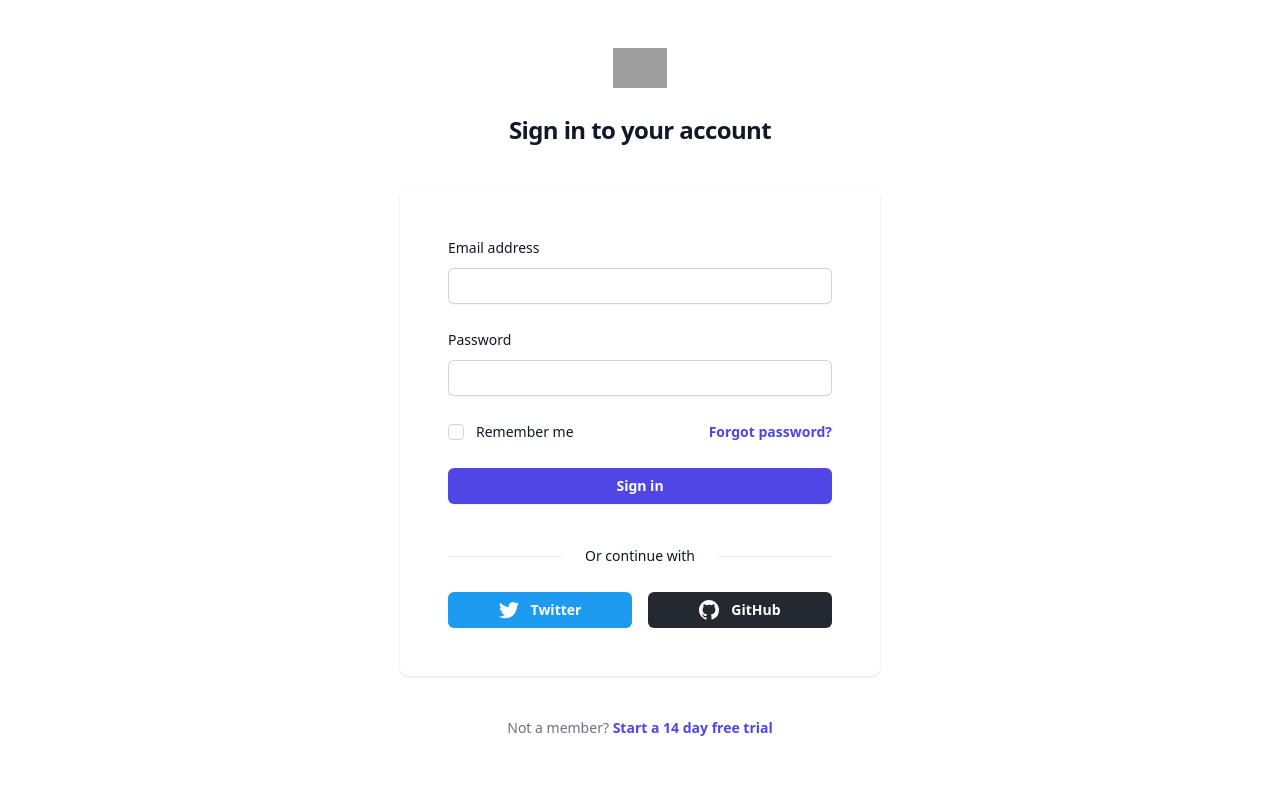
Repository: rasithupamal/vue-todo-app
Page: /auth
An editor plug-in stored every save of this project. The page is shown before and after the next save, followed by the edit.
The browser window is 1280 px wide. The pictures show the whole page.
Pictures or frames that could not be fetched are drawn as grey boxes. The project was rebuilt for these pictures with package versions that can differ from the ones it lists, and the page was loaded fresh each time. Also part of the build but not shown: vite.config.js, src/components/WelcomeItem.vue, src/components/icons/IconDocumentation.vue, src/components/icons/IconTooling.vue, src/components/icons/IconEcosystem.vue, src/components/icons/IconCommunity.vue, src/components/icons/IconSupport.vue, src/components/TheWelcome.vue and 3 more.

Above is the page before, as saved 2023-12-09 11:21:32.

### index.html
<!DOCTYPE html>
<html lang="en">
  <head>
    <meta charset="UTF-8">
    <link rel="icon" href="/favicon.ico">
    <meta name="viewport" content="width=device-width, initial-scale=1.0">
    <title>Vite App</title>
  </head>
  <body class="h-full">
    <div id="app"></div>
    <script type="module" src="/src/main.js"></script>
  </body>
</html>

### src/router/index.js
import { createRouter, createWebHistory } from 'vue-router'
import HomeView from '../views/HomeView.vue'
import GuestLayout from "@/views/layouts/GuestLayout.vue";
import LoginPage from "@/views/pages/auth/LoginPage.vue";
import RegisterPage from "@/views/pages/auth/RegisterPage.vue";

const router = createRouter({
  history: createWebHistory(import.meta.env.BASE_URL),
  routes: [
    {
      path: '/',
      name: 'home',
      component: HomeView
    },
    {
      path: '/auth',
      component: GuestLayout,
      children: [
        {
          path: 'login',
          name: 'auth.login',
          component: LoginPage
        },
        {
          path: 'register',
          name: 'auth.register',
          component: RegisterPage
        },
      ]
    }
  ]
})

export default router

### src/views/layouts/GuestLayout.vue
<script setup>
</script>
<template>
    <div>
        <div class="flex min-h-full flex-1 flex-col justify-center py-12 sm:px-6 lg:px-8">
    <div class="sm:mx-auto sm:w-full sm:max-w-md">
      <img class="mx-auto h-10 w-auto" src="https://tailwindui.com/img/logos/mark.svg?color=indigo&shade=600" alt="Your Company" />
      <h2 class="mt-6 text-center text-2xl font-bold leading-9 tracking-tight text-gray-900">Sign in to your account</h2>
    </div>

    <div class="mt-10 sm:mx-auto sm:w-full sm:max-w-[480px]">
      <div class="bg-white px-6 py-12 shadow sm:rounded-lg sm:px-12">
        <form class="space-y-6" action="#" method="POST">
          <div>
            <label for="email" class="block text-sm font-medium leading-6 text-gray-900">Email address</label>
            <div class="mt-2">
              <input id="email" name="email" type="email" autocomplete="email" required="" class="block w-full rounded-md border-0 py-1.5 text-gray-900 shadow-sm ring-1 ring-inset ring-gray-300 placeholder:text-gray-400 focus:ring-2 focus:ring-inset focus:ring-indigo-600 sm:text-sm sm:leading-6" />
            </div>
          </div>

          <div>
            <label for="password" class="block text-sm font-medium leading-6 text-gray-900">Password</label>
            <div class="mt-2">
              <input id="password" name="password" type="password" autocomplete="current-password" required="" class="block w-full rounded-md border-0 py-1.5 text-gray-900 shadow-sm ring-1 ring-inset ring-gray-300 placeholder:text-gray-400 focus:ring-2 focus:ring-inset focus:ring-indigo-600 sm:text-sm sm:leading-6" />
            </div>
          </div>

          <div class="flex items-center justify-between">
            <div class="flex items-center">
              <input id="remember-me" name="remember-me" type="checkbox" class="h-4 w-4 rounded border-gray-300 text-indigo-600 focus:ring-indigo-600" />
              <label for="remember-me" class="ml-3 block text-sm leading-6 text-gray-900">Remember me</label>
            </div>

            <div class="text-sm leading-6">
              <a href="#" class="font-semibold text-indigo-600 hover:text-indigo-500">Forgot password?</a>
            </div>
          </div>

          <div>
            <button type="submit" class="flex w-full justify-center rounded-md bg-indigo-600 px-3 py-1.5 text-sm font-semibold leading-6 text-white shadow-sm hover:bg-indigo-500 focus-visible:outline focus-visible:outline-2 focus-visible:outline-offset-2 focus-visible:outline-indigo-600">Sign in</button>
          </div>
        </form>

        <div>
          <div class="relative mt-10">
            <div class="absolute inset-0 flex items-center" aria-hidden="true">
              <div class="w-full border-t border-gray-200" />
            </div>
            <div class="relative flex justify-center text-sm font-medium leading-6">
              <span class="bg-white px-6 text-gray-900">Or continue with</span>
            </div>
          </div>

          <div class="mt-6 grid grid-cols-2 gap-4">
            <a href="#" class="flex w-full items-center justify-center gap-3 rounded-md bg-[#1D9BF0] px-3 py-1.5 text-white focus-visible:outline focus-visible:outline-2 focus-visible:outline-offset-2 focus-visible:outline-[#1D9BF0]">
              <svg class="h-5 w-5" aria-hidden="true" fill="currentColor" viewBox="0 0 20 20">
                <path d="M6.29 18.251c7.547 0 11.675-6.253 11.675-11.675 0-.178 0-.355-.012-.53A8.348 8.348 0 0020 3.92a8.19 8.19 0 01-2.357.646 4.118 4.118 0 001.804-2.27 8.224 8.224 0 01-2.605.996 4.107 4.107 0 00-6.993 3.743 11.65 11.65 0 01-8.457-4.287 4.106 4.106 0 001.27 5.477A4.073 4.073 0 01.8 7.713v.052a4.105 4.105 0 003.292 4.022 4.095 4.095 0 01-1.853.07 4.108 4.108 0 003.834 2.85A8.233 8.233 0 010 16.407a11.616 11.616 0 006.29 1.84" />
              </svg>
              <span class="text-sm font-semibold leading-6">Twitter</span>
            </a>

            <a href="#" class="flex w-full items-center justify-center gap-3 rounded-md bg-[#24292F] px-3 py-1.5 text-white focus-visible:outline focus-visible:outline-2 focus-visible:outline-offset-2 focus-visible:outline-[#24292F]">
              <svg class="h-5 w-5" aria-hidden="true" fill="currentColor" viewBox="0 0 20 20">
                <path fill-rule="evenodd" d="M10 0C4.477 0 0 4.484 0 10.017c0 4.425 2.865 8.18 6.839 9.504.5.092.682-.217.682-.483 0-.237-.008-.868-.013-1.703-2.782.605-3.369-1.343-3.369-1.343-.454-1.158-1.11-1.466-1.11-1.466-.908-.62.069-.608.069-.608 1.003.07 1.531 1.032 1.531 1.032.892 1.53 2.341 1.088 2.91.832.092-.647.35-1.088.636-1.338-2.22-.253-4.555-1.113-4.555-4.951 0-1.093.39-1.988 1.029-2.688-.103-.253-.446-1.272.098-2.65 0 0 .84-.27 2.75 1.026A9.564 9.564 0 0110 4.844c.85.004 1.705.115 2.504.337 1.909-1.296 2.747-1.027 2.747-1.027.546 1.379.203 2.398.1 2.651.64.7 1.028 1.595 1.028 2.688 0 3.848-2.339 4.695-4.566 4.942.359.31.678.921.678 1.856 0 1.338-.012 2.419-.012 2.747 0 .268.18.58.688.482A10.019 10.019 0 0020 10.017C20 4.484 15.522 0 10 0z" clip-rule="evenodd" />
              </svg>
              <span class="text-sm font-semibold leading-6">GitHub</span>
            </a>
          </div>
        </div>
      </div>

      <p class="mt-10 text-center text-sm text-gray-500">
        Not a member?
        {{ ' ' }}
        <a href="#" class="font-semibold leading-6 text-indigo-600 hover:text-indigo-500">Start a 14 day free trial</a>
      </p>
    </div>
  </div>
        <router-view />
    </div>
</template>

Loaded but not shown: src/main.js (common file); src/assets/main.css (common file); src/App.vue (common file); tailwind.config.js (common file)

After the next save:
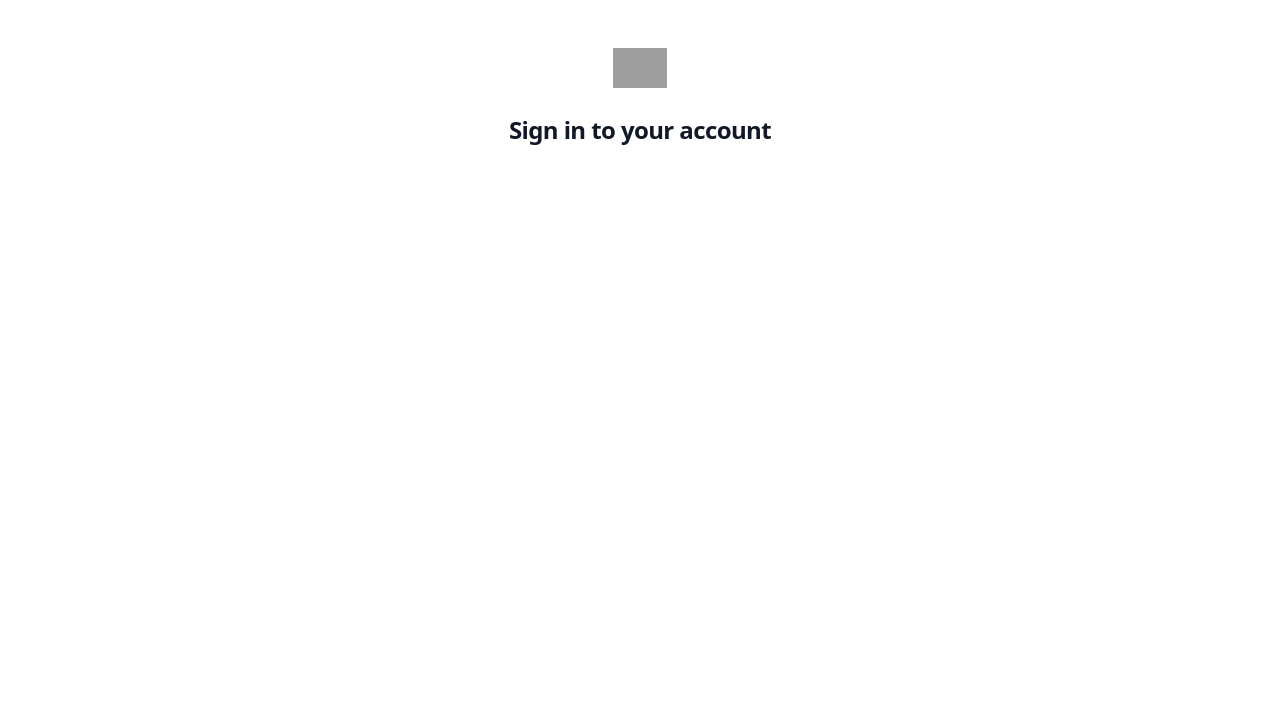
Saved 27 s later.
--- a/src/views/layouts/GuestLayout.vue
+++ b/src/views/layouts/GuestLayout.vue
@@ -8,73 +8,7 @@
       <h2 class="mt-6 text-center text-2xl font-bold leading-9 tracking-tight text-gray-900">Sign in to your account</h2>
     </div>
 
-    <div class="mt-10 sm:mx-auto sm:w-full sm:max-w-[480px]">
-      <div class="bg-white px-6 py-12 shadow sm:rounded-lg sm:px-12">
-        <form class="space-y-6" action="#" method="POST">
-          <div>
-            <label for="email" class="block text-sm font-medium leading-6 text-gray-900">Email address</label>
-            <div class="mt-2">
-              <input id="email" name="email" type="email" autocomplete="email" required="" class="block w-full rounded-md border-0 py-1.5 text-gray-900 shadow-sm ring-1 ring-inset ring-gray-300 placeholder:text-gray-400 focus:ring-2 focus:ring-inset focus:ring-indigo-600 sm:text-sm sm:leading-6" />
-            </div>
-          </div>
 
-          <div>
-            <label for="password" class="block text-sm font-medium leading-6 text-gray-900">Password</label>
-            <div class="mt-2">
-              <input id="password" name="password" type="password" autocomplete="current-password" required="" class="block w-full rounded-md border-0 py-1.5 text-gray-900 shadow-sm ring-1 ring-inset ring-gray-300 placeholder:text-gray-400 focus:ring-2 focus:ring-inset focus:ring-indigo-600 sm:text-sm sm:leading-6" />
-            </div>
-          </div>
-
-          <div class="flex items-center justify-between">
-            <div class="flex items-center">
-              <input id="remember-me" name="remember-me" type="checkbox" class="h-4 w-4 rounded border-gray-300 text-indigo-600 focus:ring-indigo-600" />
-              <label for="remember-me" class="ml-3 block text-sm leading-6 text-gray-900">Remember me</label>
-            </div>
-
-            <div class="text-sm leading-6">
-              <a href="#" class="font-semibold text-indigo-600 hover:text-indigo-500">Forgot password?</a>
-            </div>
-          </div>
-
-          <div>
-            <button type="submit" class="flex w-full justify-center rounded-md bg-indigo-600 px-3 py-1.5 text-sm font-semibold leading-6 text-white shadow-sm hover:bg-indigo-500 focus-visible:outline focus-visible:outline-2 focus-visible:outline-offset-2 focus-visible:outline-indigo-600">Sign in</button>
-          </div>
-        </form>
-
-        <div>
-          <div class="relative mt-10">
-            <div class="absolute inset-0 flex items-center" aria-hidden="true">
-              <div class="w-full border-t border-gray-200" />
-            </div>
-            <div class="relative flex justify-center text-sm font-medium leading-6">
-              <span class="bg-white px-6 text-gray-900">Or continue with</span>
-            </div>
-          </div>
-
-          <div class="mt-6 grid grid-cols-2 gap-4">
-            <a href="#" class="flex w-full items-center justify-center gap-3 rounded-md bg-[#1D9BF0] px-3 py-1.5 text-white focus-visible:outline focus-visible:outline-2 focus-visible:outline-offset-2 focus-visible:outline-[#1D9BF0]">
-              <svg class="h-5 w-5" aria-hidden="true" fill="currentColor" viewBox="0 0 20 20">
-                <path d="M6.29 18.251c7.547 0 11.675-6.253 11.675-11.675 0-.178 0-.355-.012-.53A8.348 8.348 0 0020 3.92a8.19 8.19 0 01-2.357.646 4.118 4.118 0 001.804-2.27 8.224 8.224 0 01-2.605.996 4.107 4.107 0 00-6.993 3.743 11.65 11.65 0 01-8.457-4.287 4.106 4.106 0 001.27 5.477A4.073 4.073 0 01.8 7.713v.052a4.105 4.105 0 003.292 4.022 4.095 4.095 0 01-1.853.07 4.108 4.108 0 003.834 2.85A8.233 8.233 0 010 16.407a11.616 11.616 0 006.29 1.84" />
-              </svg>
-              <span class="text-sm font-semibold leading-6">Twitter</span>
-            </a>
-
-            <a href="#" class="flex w-full items-center justify-center gap-3 rounded-md bg-[#24292F] px-3 py-1.5 text-white focus-visible:outline focus-visible:outline-2 focus-visible:outline-offset-2 focus-visible:outline-[#24292F]">
-              <svg class="h-5 w-5" aria-hidden="true" fill="currentColor" viewBox="0 0 20 20">
-                <path fill-rule="evenodd" d="M10 0C4.477 0 0 4.484 0 10.017c0 4.425 2.865 8.18 6.839 9.504.5.092.682-.217.682-.483 0-.237-.008-.868-.013-1.703-2.782.605-3.369-1.343-3.369-1.343-.454-1.158-1.11-1.466-1.11-1.466-.908-.62.069-.608.069-.608 1.003.07 1.531 1.032 1.531 1.032.892 1.53 2.341 1.088 2.91.832.092-.647.35-1.088.636-1.338-2.22-.253-4.555-1.113-4.555-4.951 0-1.093.39-1.988 1.029-2.688-.103-.253-.446-1.272.098-2.65 0 0 .84-.27 2.75 1.026A9.564 9.564 0 0110 4.844c.85.004 1.705.115 2.504.337 1.909-1.296 2.747-1.027 2.747-1.027.546 1.379.203 2.398.1 2.651.64.7 1.028 1.595 1.028 2.688 0 3.848-2.339 4.695-4.566 4.942.359.31.678.921.678 1.856 0 1.338-.012 2.419-.012 2.747 0 .268.18.58.688.482A10.019 10.019 0 0020 10.017C20 4.484 15.522 0 10 0z" clip-rule="evenodd" />
-              </svg>
-              <span class="text-sm font-semibold leading-6">GitHub</span>
-            </a>
-          </div>
-        </div>
-      </div>
-
-      <p class="mt-10 text-center text-sm text-gray-500">
-        Not a member?
-        {{ ' ' }}
-        <a href="#" class="font-semibold leading-6 text-indigo-600 hover:text-indigo-500">Start a 14 day free trial</a>
-      </p>
-    </div>
   </div>
         <router-view />
     </div>
